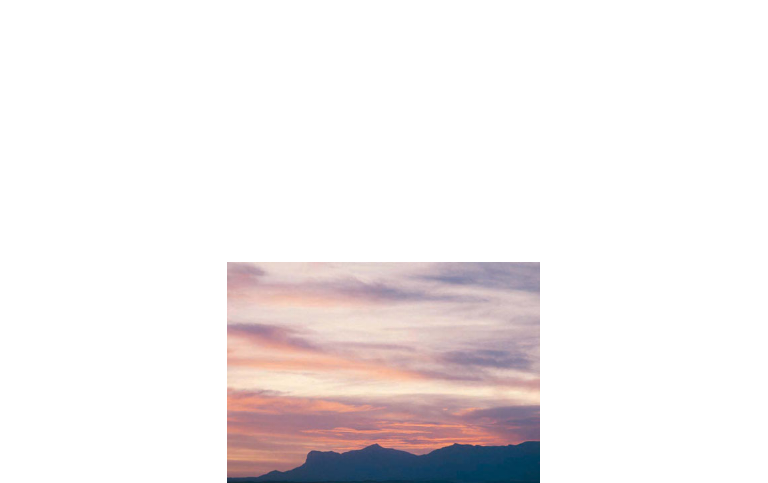
Repository: AntiLazy/my_own_repository
Layout: TestHorizontalScrollView/res/layout/activity_main.xml
An editor plug-in stored every save of this project. The layout is shown before and after the next save, followed by the edit.
The pictures show rows 0 to 483 of an output 1280 px tall.
Pictures or frames that could not be fetched are drawn as grey boxes. It is drawn on a 768 x 1280 px phone screen (xhdpi) without system bars, with theme AppTheme; the app's code is not run.

Above is the layout before, as saved 2015-10-08 14:51:05.

After the next save:
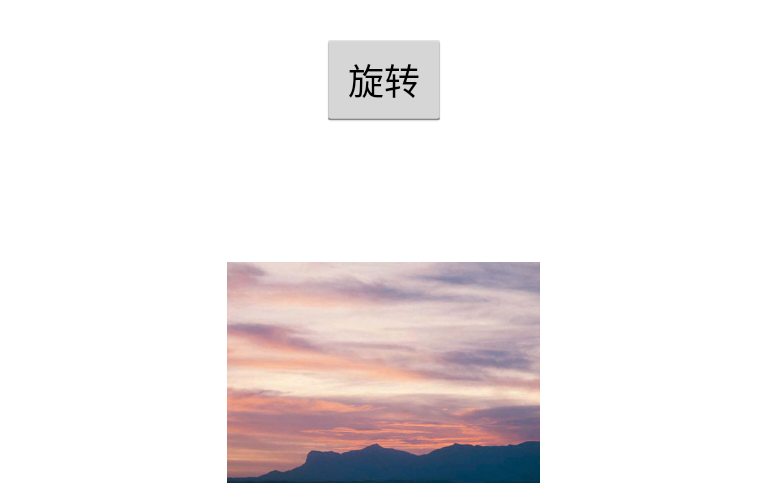
Saved 105 s later.
--- a/TestHorizontalScrollView/res/layout/activity_main.xml
+++ b/TestHorizontalScrollView/res/layout/activity_main.xml
@@ -24,6 +24,8 @@
     </LinearLayout>
 	<Button
 	    android:id="@+id/button1"
+	     android:layout_width="wrap_content"
+        android:layout_height="wrap_content"
 	    android:text="旋转"
 	    android:layout_centerHorizontal="true"
 	    />"
